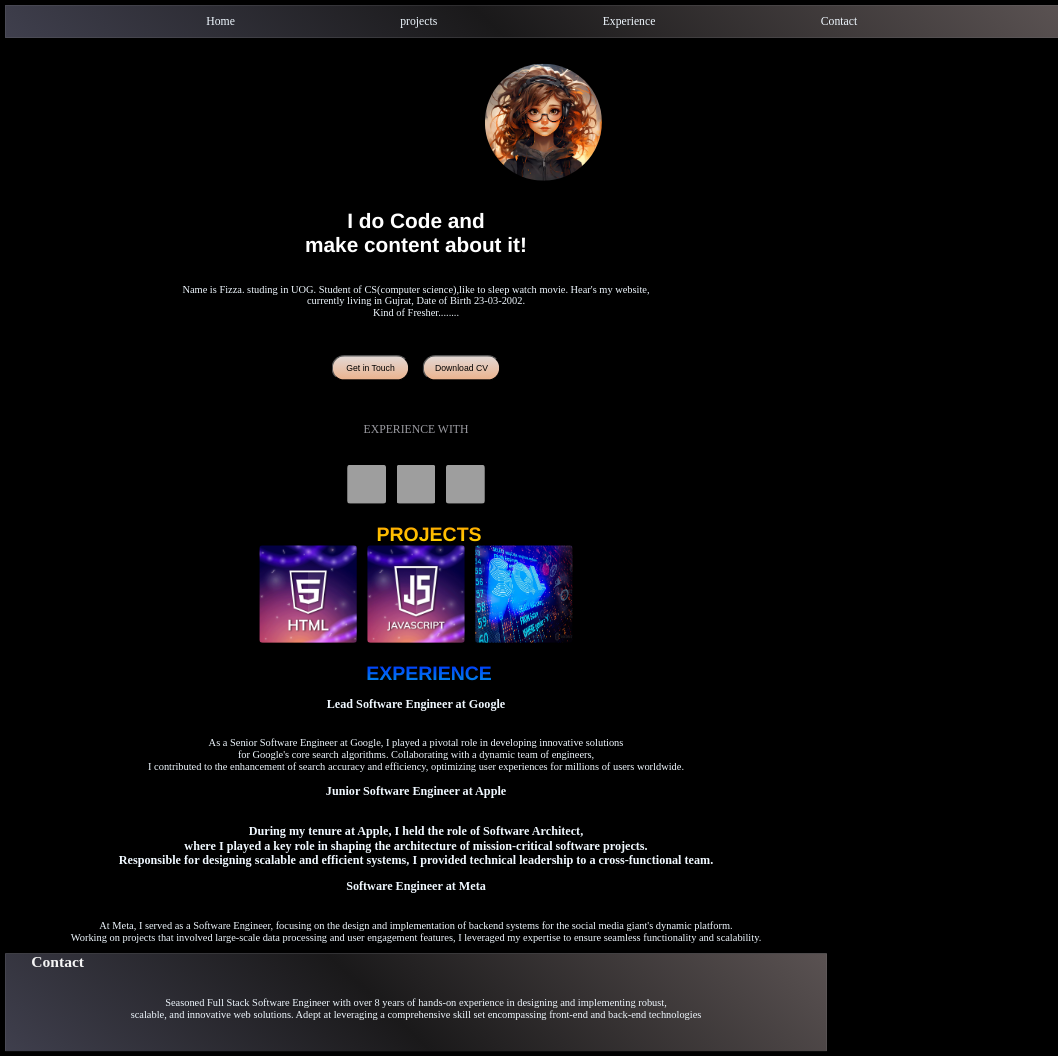
Repository: Fizza-112/portfolio
Page: index.html
An editor plug-in stored every save of this project. The page is shown before and after the next save, followed by the edit.
The browser window is 1280 px wide. The page is 1628 px wide, so the pictures cover 1628 px, including what lies to the right of the window. The pictures show the whole page, at 65% of full size.
Pictures or frames that could not be fetched are drawn as grey boxes.

Above is the page before, as saved 2024-08-29 04:56:16.

### index.html
<!DOCTYPE html>
<html lang="en">
<head>
    <meta charset="UTF-8">
    <meta name="viewport" content="width=device-width, initial-scale=1.0">
    <title>Document</title>
    <link rel="stylesheet" href="style.css">
</head>
<body>
    <header>
        Home projects Experience Contact
    </header>
    <img src="/avatar.avif" all="img" id="Profile">
    <div>
        <h1>
            I do Code and <br>
            make content about it!
        </h1>
    </div>
    <p>
        Name is Fizza. studing in UOG. Student of CS(computer science),like to sleep watch movie. Hear's my website,<br>
        currently living in Gujrat, Date of Birth 23-03-2002.<br> Kind of Fresher........
    </p>
    <div class="button-container">
        <Button>Get in Touch</Button>
    <button>Download CV</button>
    </div>

    <h4>EXPERIENCE WITH</h4>
    </div >

    <div class="log">
    <image src="/html logo.png " alt="img" class="logo">
    <img src="js logo.png" alt="img" class="logo">
    <img src="/db logo.png" alt="img" class="logo">
    </div>
    <div>
    <h2 id="pro">PROJECTS</h2>
    </div>

    <div class="hjs">
        <image src="/html.png" alt="img" class="photo">
              <img src="/js.png" alt="img"class="photo">
              <img src="/sql.jpg" alt="img" class="photo">
        </div>

  <div>
    <h2 id="exp">EXPERIENCE</h2>
</div>



    <h3>Lead Software Engineer at Google</h3>

<p>As a Senior Software Engineer at Google, I played a pivotal role in developing innovative solutions <br>
for Google's core search algorithms. Collaborating with a dynamic team of engineers,<br>
 I contributed to the enhancement of search accuracy and efficiency, optimizing user experiences for millions of users worldwide.</p>

<h3>Junior Software Engineer at Apple<h3>
<p>During my tenure at Apple, I held the role of Software Architect, <br>
    where I played a key role in shaping the architecture of mission-critical software projects.<br>
 Responsible for designing scalable and efficient systems, I provided technical leadership to a cross-functional team.</p>

<h3>Software Engineer at Meta</h3>
<p>At Meta, I served as a  Software Engineer, focusing on the design and implementation of backend systems for the social media giant's dynamic platform.<br>
 Working on projects that involved large-scale data processing and user engagement features, I leveraged my expertise to ensure seamless functionality and scalability.</p>

 <footer>
    <h2>Contact</h2>
    <p>Seasoned Full Stack Software Engineer with over 8 years of hands-on experience in designing
        and implementing robust,<br> scalable, and innovative web solutions. Adept at leveraging a
        comprehensive skill set encompassing front-end and back-end technologies </p>
 </footer>
</body>
</html>

### style.css
body{
   background-color: black;

}
Header{
    background-color: #9a9aa0;
    background-image: linear-gradient(43deg, #3f3f4d 0%, #1a191a 46%, #5a5252 100%);
     color:aliceblue;
    width: 1620px;
    height: 35px;
    padding-top: 15px;
    margin: 0, 0 0 0;
    text-align: center;
    font-size: large;
    font-weight: normal;
    word-spacing: 250px;
}
#Profile{
    width: 180px;
height: 180px;
border-radius: 50%;
margin-top: 40px;
margin-left: 738px;
}
h1{
    color:  white;
    font-family: 'Franklin Gothic Medium';
    text-align: center;
    margin-top: 40px;
}
p{
    color:white;
    text-align: center;
    margin-top: 40px;
}
.button-container {
    display: flex;
    justify-content: center; /* Centers the button horizontally */
    align-items: center; /* Centers the button vertically */

}
button{
    width: 120px;
    height: 40px;
    border-radius: 30px;
    margin: 40px 10px;
   font-size: normal;
   font-weight: normal;
   background: linear-gradient(#e2d8d5, #ebb38e); /* New gradient on hover */
  }



h4{
    color:#9a9aa0;
    text-align: center;
    font-size: large;
    font-weight: normal;
}

.log {
    display: flex;
    justify-content: center; /* Centers the items horizontally */
    align-items: center;     /* Centers the items vertically */

}

.logo {
    width: 60px;
    height: 60px;
    border-radius: 5px;
    margin: 20px 8px;
}
#pro{
text-align: center;
color: #eca012 ;
font-family: 'Franklin Gothic Medium';
    font-size: 30px;
    background: linear-gradient( orange, gold ); /* The gradient color */
    -webkit-background-clip: text; /* Clip the background to the text */
    background-clip: text; /* For non-WebKit browsers */
    color: transparent; /* Make the text color transparent */
  }


#exp{
    margin-top: 30px;
    text-align: center;
    font-size: 30px;
    background: linear-gradient( rgb(0, 47, 255),#0093E9  ); /* The gradient color */
    -webkit-background-clip: text; /* Clip the background to the text */
    background-clip: text; /* For non-WebKit browsers */
    color: transparent; /* Make the text color transparent */
     font-family: 'Franklin Gothic Medium';
}
.hjs {
    display: flex;
    justify-content: center; /* Centers the button horizontally */
    align-items: center; /* Centers the button vertically */
}
.photo{
    width: 150px;
    height: 150px;
    border-radius: 5px;
    margin-top: 40px;
    margin: 0 8px;
}

h3{
    text-align: center;
    color:aliceblue;
}
p{
    text-align: center;
    color:aliceblue;
}
h2{
    margin: 30px 0 0 40px;
    color:whitesmoke;
    margin-top: 10px;

}
footer{
    height: 150px;
    background-color: #9a9aa0;
    background-image: linear-gradient(43deg, #3f3f4d 0%, #1a191a 46%, #5a5252 100%);
     color:aliceblue;
}

After the next save:
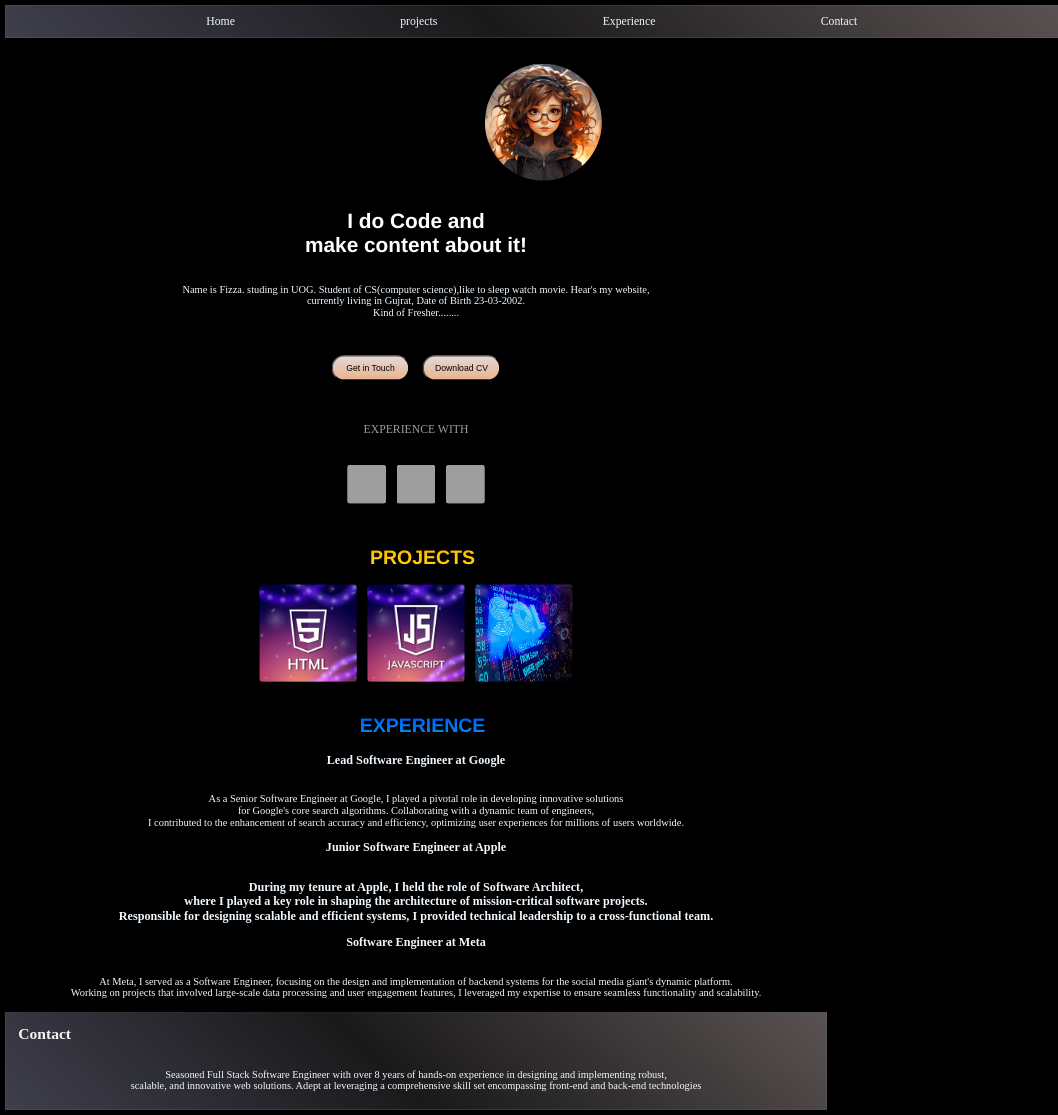
Saved 3 min 14 s later.
--- a/style.css
+++ b/style.css
@@ -115,9 +115,10 @@
     color:aliceblue;
 }
 h2{
-    margin: 30px 0 0 40px;
+    padding-top: 20px;
+    padding-left: 20px;
     color:whitesmoke;
-    margin-top: 10px;
+
 
 }
 footer{
